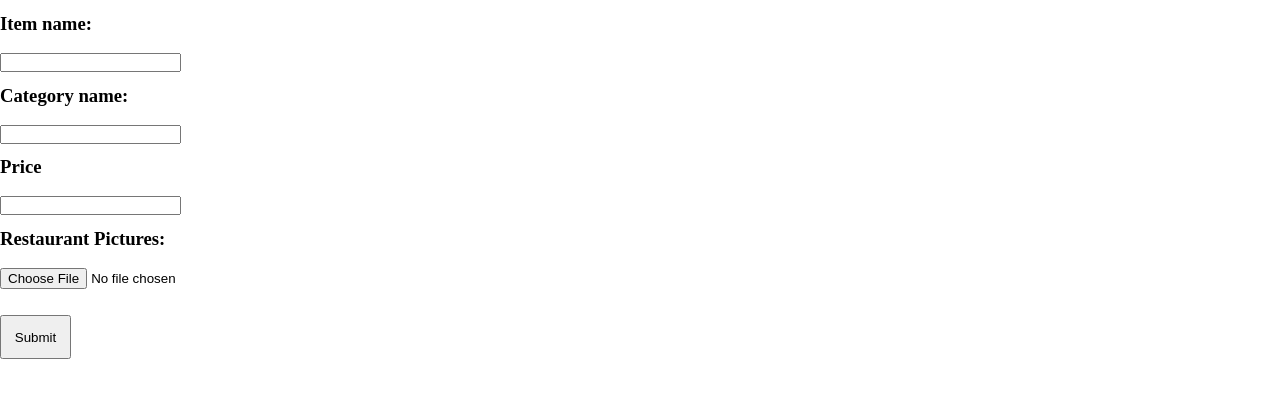
Repository: jatannoury/Ecommerce-Laravel-Electron
Page: Admin-electron/src/HTML/add_item.html
These files come from the project's save history. The page is drawn as it stood at one moment and after a run of saves; the edit follows.
The browser window is 1280 px wide. The pictures show the whole page.

Above is the page before, as saved 2022-06-10 22:50:57.

After the next 3 saves:
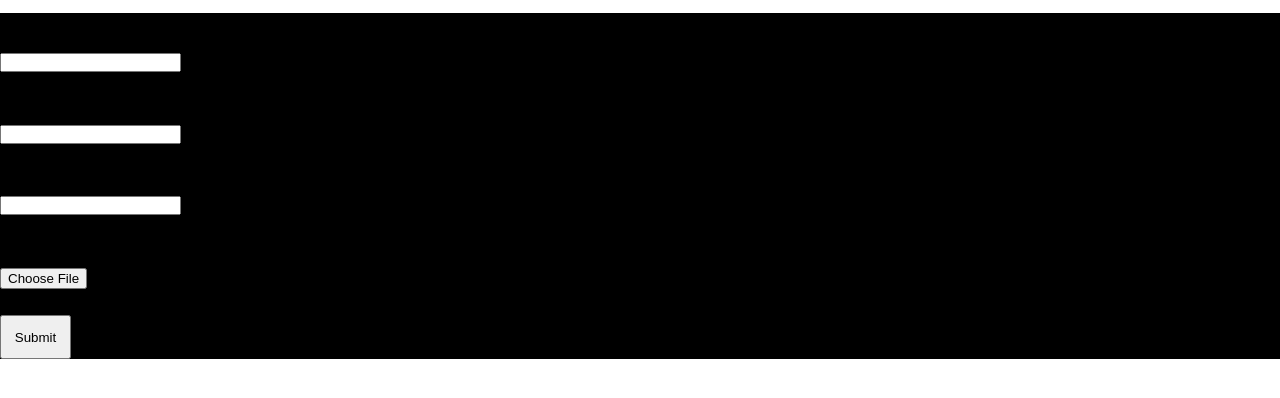
The 3 saves are shown as one change because they came seconds apart.
The last was saved 8 s later.
--- a/Admin-electron/src/CSS/styles.css
+++ b/Admin-electron/src/CSS/styles.css
@@ -31,3 +31,7 @@
 
     padding: 1% 1% 1% 1%;
 }
+
+form {
+    background-color: black;
+}

After the 2 saves that followed:
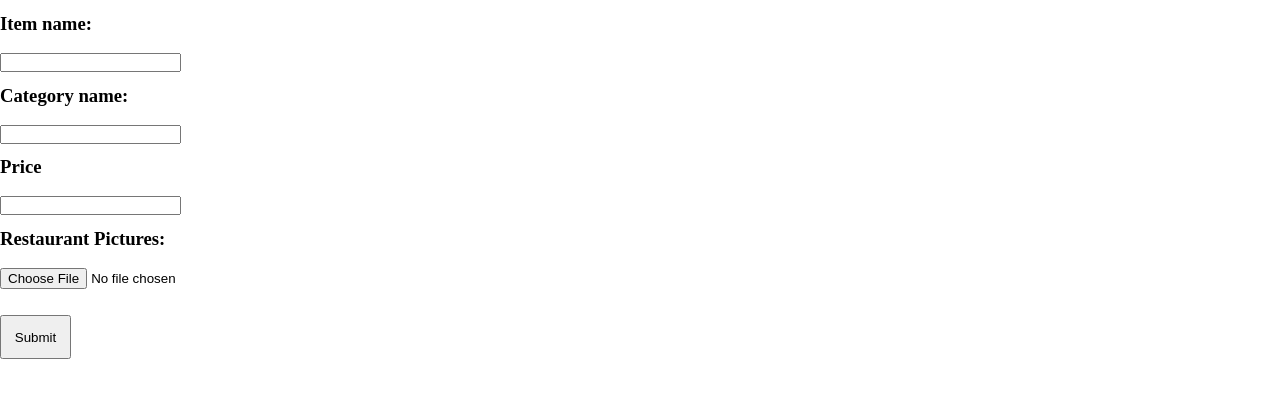
The 2 saves are shown as one change because they came seconds apart.
The last was saved 6 s later.
--- a/Admin-electron/src/CSS/styles.css
+++ b/Admin-electron/src/CSS/styles.css
@@ -33,5 +33,5 @@
 }
 
 form {
-    background-color: black;
+    border: ;
 }
